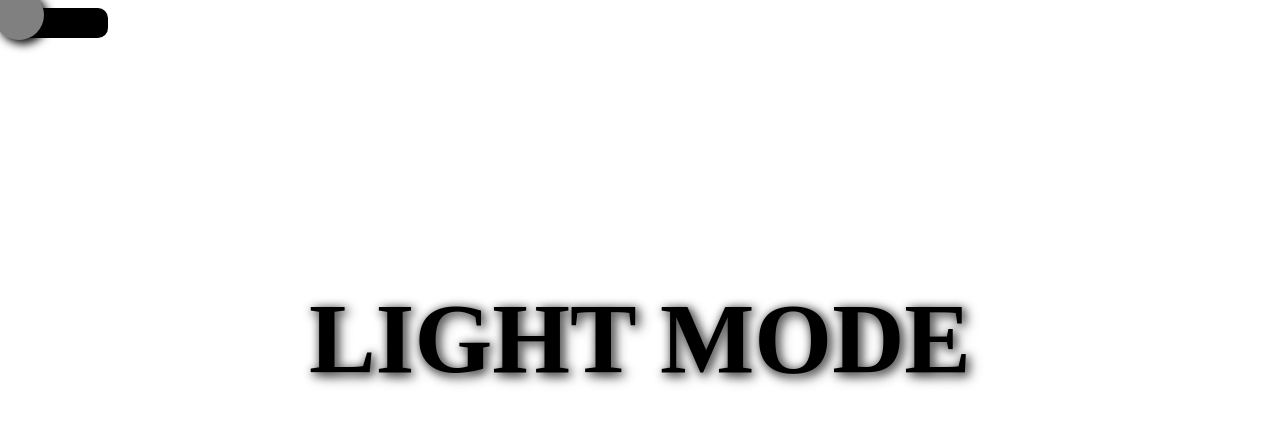
Repository: Eugene44-hub/darkmode-lightmode
Page: index.html
These files come from the project's save history. The page is drawn as it stood at one moment and after the next save; the edit follows.
The browser window is 1280 px wide. The pictures show the whole page.

Above is the page before, as saved 2021-10-08 09:13:26.

After the next save:
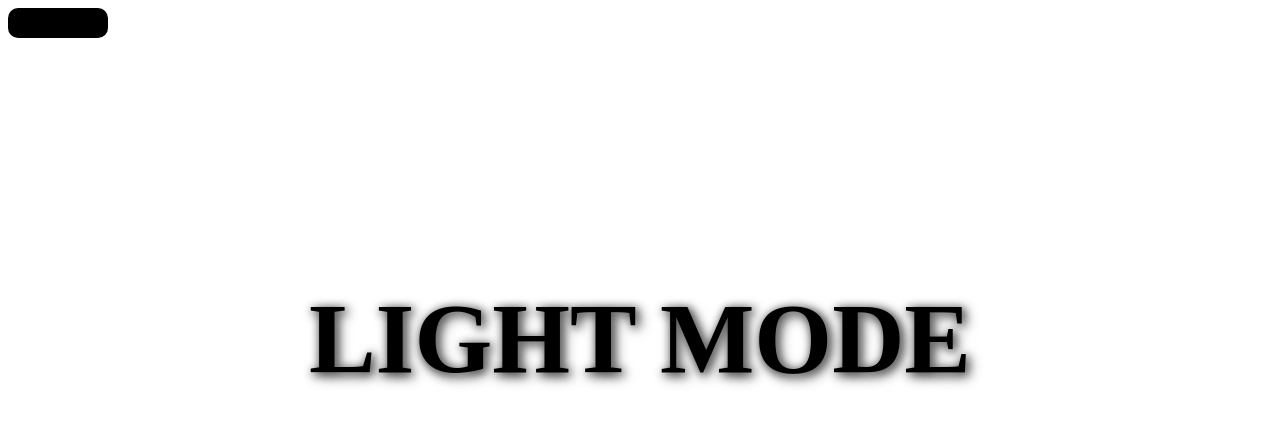
Console error: TypeError: Cannot read properties of null (reading 'addEventListener')
Saved 27 s later.
--- a/index.html
+++ b/index.html
@@ -20,7 +20,7 @@
 
 
     <div class="square"></div>
-    <div class="circle"></div>
+
     <script src="app.js"></script>
 </body>
 

After the 2 saves that followed:
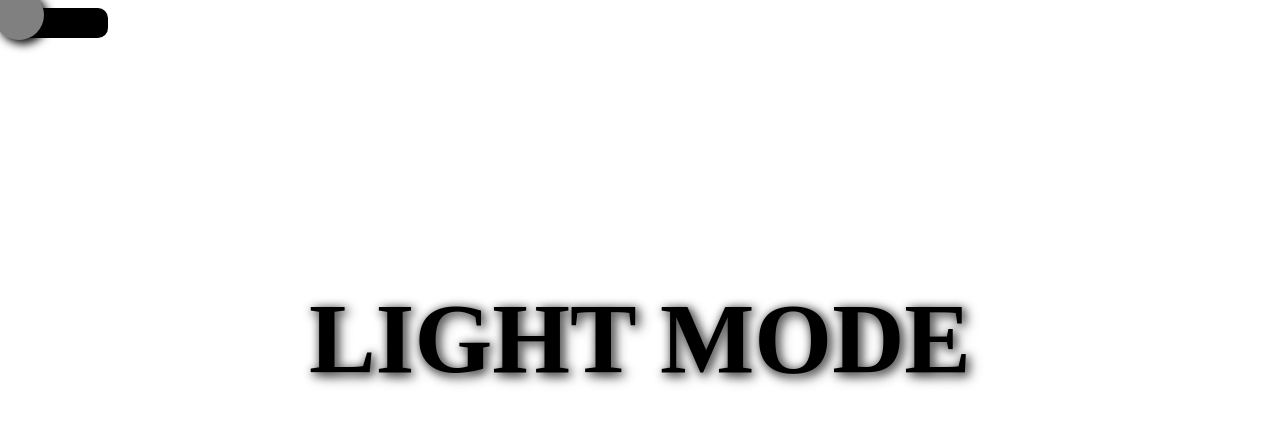
The error is gone.
The 2 saves are shown as one change because they came seconds apart.
The last was saved 6 s later.
--- a/index.html
+++ b/index.html
@@ -19,7 +19,9 @@
     </div>
 
 
-    <div class="square"></div>
+    <div class="square">
+        <div class="circle"></div>
+    </div>
 
     <script src="app.js"></script>
 </body>
